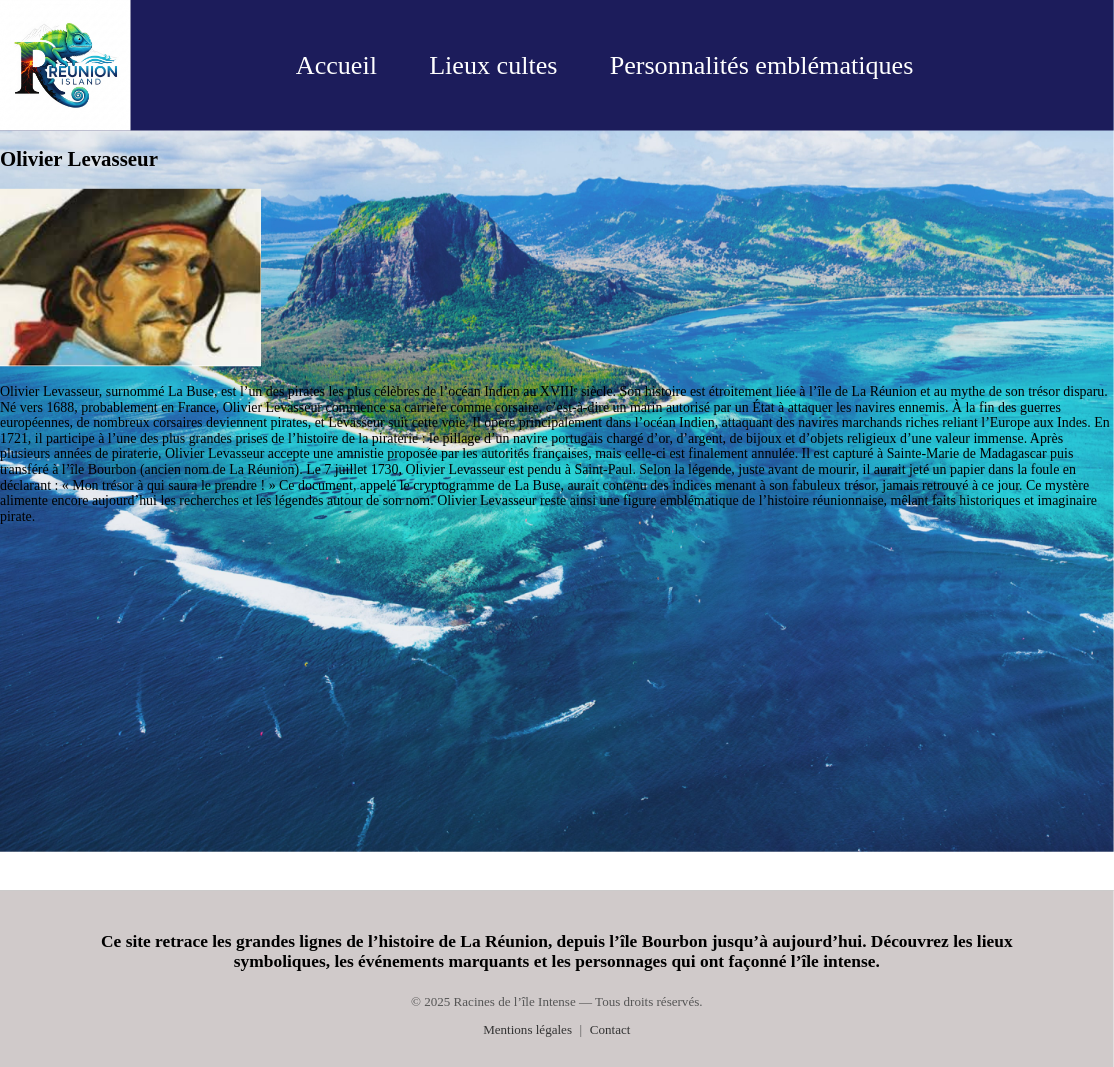
Repository: racinesintense974/Racines-de-lile-intense
Page: olivier-levasseur.html
The author's editor kept a copy of each file at every save. The page is drawn from the files as they stood at one save, then again after the next save.
The browser window is 1280 px wide. The pictures show the whole page, at 87% of full size.

Above is the page before, as saved 2026-02-19 16:39:11.

### olivier-levasseur.html
<!DOCTYPE html>
<html lang="fr">
<head>
    <meta charset="UTF-8">
    <title>Olivier Levasseur</title>
    <link rel="stylesheet" href="css/goat.css">
</head>
<body>

<body>
    <section class="top-page">
        <header class="header">
            <img src="image/logo22.png" alt="logo du site">
        <nav class="nav">
    <ul class="menu">
        <li><a href="index.html">Accueil</a></li>

        <li class="dropdown">
            <a href="#">Lieux cultes</a>
            <ul class="submenu">
                <li><a href="mafate.html">Mafate</a></li>
                <li><a href="cilaos.html">Cilaos</a></li>
                <li><a href="volcans.html">Les volcans</a></li>
            </ul>
        </li>

        <li class="dropdown">
        <a href="#">Personnalités emblématiques</a>
            <ul class="submenu">
                <li><a href="olivier-levasseur.html">Olivier Levasseur</a></li>
                <li><a href="Desbassayns.html">Madame Desbassayns</a></li>
                <li><a href="Garros.html">Rolland Garros</a></li>
            </ul>
        </li>

    </ul>
    </nav>
</header>

<main>
    <h1>Olivier Levasseur</h1>
    <img src="image/olivier levasuce.jpg" width="300">
    <p>
       Olivier Levasseur, surnommé La Buse, est l’un des pirates les plus célèbres de l’océan Indien au XVIIIᵉ siècle. Son histoire est étroitement liée à l’île de La Réunion et au mythe de son trésor disparu.

Né vers 1688, probablement en France, Olivier Levasseur commence sa carrière comme corsaire, c’est-à-dire un marin autorisé par un État à attaquer les navires ennemis. À la fin des guerres européennes, de nombreux corsaires deviennent pirates, et Levasseur suit cette voie.

Il opère principalement dans l’océan Indien, attaquant des navires marchands riches reliant l’Europe aux Indes. En 1721, il participe à l’une des plus grandes prises de l’histoire de la piraterie : le pillage d’un navire portugais chargé d’or, d’argent, de bijoux et d’objets religieux d’une valeur immense.

Après plusieurs années de piraterie, Olivier Levasseur accepte une amnistie proposée par les autorités françaises, mais celle-ci est finalement annulée. Il est capturé à Sainte-Marie de Madagascar puis transféré à l’île Bourbon (ancien nom de La Réunion).

Le 7 juillet 1730, Olivier Levasseur est pendu à Saint-Paul. Selon la légende, juste avant de mourir, il aurait jeté un papier dans la foule en déclarant :

« Mon trésor à qui saura le prendre ! »

Ce document, appelé le cryptogramme de La Buse, aurait contenu des indices menant à son fabuleux trésor, jamais retrouvé à ce jour. Ce mystère alimente encore aujourd’hui les recherches et les légendes autour de son nom.

Olivier Levasseur reste ainsi une figure emblématique de l’histoire réunionnaise, mêlant faits historiques et imaginaire pirate.
    </p>
</main>
<footer class="footer">
    <h1 class="big-title2">Ce site retrace les grandes lignes de l’histoire de La Réunion, depuis l’île Bourbon jusqu’à aujourd’hui. Découvrez les lieux symboliques, les événements marquants et les personnages qui ont façonné l’île intense.</h1>
  <p>&copy; 2025 Racines de l’île Intense — Tous droits réservés.</p>
  <p><a href="mentions-legales.html">Mentions légales</a> | <a href="contact.html">Contact</a></p>
</footer>

    </section>
</body>
</html>

### css/goat.css

*

body {
    margin: 0 auto;

}

header.header {
    display: flex;
    align-items: center;
    background-color: rgb(28, 28, 91);                    /* Entête */
    margin: 0;

}

header.header img {
    width: 150px;
}






section.top-page {
    background: url('../image/ocean\ fond\ olivier.jpg');
    background-size: cover;
    height: 136vh;
    padding: 0px;
}
/* page de bienvenue (landing page) */
.big-title {
    color: rgb(255, 255, 255);
    font-size: 27px;
    padding: 55px 360px;
    background-color: rgba(0, 0, 0, 0.323);
    margin-top: 0;



}
html, body {
  height: 100%;           /* Nécessaire pour que le conteneur remplisse l'écran */
  margin: 0;
  padding: 0;
}

.conteneur-central {
  display: flex;
  justify-content: center;      /* centre horizontalement */
  align-items: center;          /* centre verticalement */
  height: 70vh;                /* 100% de la hauteur de l'écran */
}

/* La galerie contient les images */
.galerie-images {
  display: flex;
  gap: 20px;
  flex-wrap: wrap;
  justify-content: center;
}

.galerie-images img {
  width: 390px;
  height: auto;
  border-radius: 50px;
  box-shadow: 0 4px 10px rgba(0, 0, 0, 0.1);
  transition: transform 0.3s ease;
}

.galerie-images img:hover {
  transform: scale(1.05);
}

.big-title2 {
    color: black;
    font-size: 20px;
    padding: 10px 50px;
}

.footer {
    width: 100%;
  background-color: #d0caca;
  padding: 20px;
  text-align: center;
  font-size: 15px;
  color: #555;
  border-top: 1px solid #ccc;
  margin-top: 420px;
   box-sizing: border-box;

}

.footer a {
  color: #333;
  text-decoration: none;
  margin: 0 5px;
}

.footer a:hover {
  text-decoration: underline;
}


/* menu de navigation */

nav.nav {
    display: flex;
    justify-content: space-between;
    list-style: none;
    width: 970px;
    margin-left: 180px;
font-size: 30px;
}


nav.nav li {
    color: white;
}



/* ===== MENU DEROULANT LIEUX-CULTES ===== */

nav.nav ul.menu {
    list-style: none;
    display: flex;
    gap: 40px;           /* espace entre les éléments */
    margin: 0;
    padding: 0;
}

nav.nav ul.menu > li {
    position: relative;
}

nav.nav ul.menu a {
    text-decoration: none;
    color: white;
    font-size: 30px;
    padding: 10px;
}

/* Sous-menu caché */
.submenu {
    list-style: none;
    padding: 0;
    margin: 0;
    position: absolute;
    background: rgb(12, 16, 70);
    border-radius: 5px;
    border: 1px solid black;
    display: none;
    min-width: 180px;
    z-index: 10;
}

/* Liens du sous-menu */
.submenu li a {
    color: black;
    padding: 10px;
    display: block;
    font-size: 20px;
}

/* Apparition au survol */
.dropdown:hover .submenu {
    display: block;
}

/* Effet hover */
.submenu li a:hover {
    background-color: #a01212;
}

After the next save:
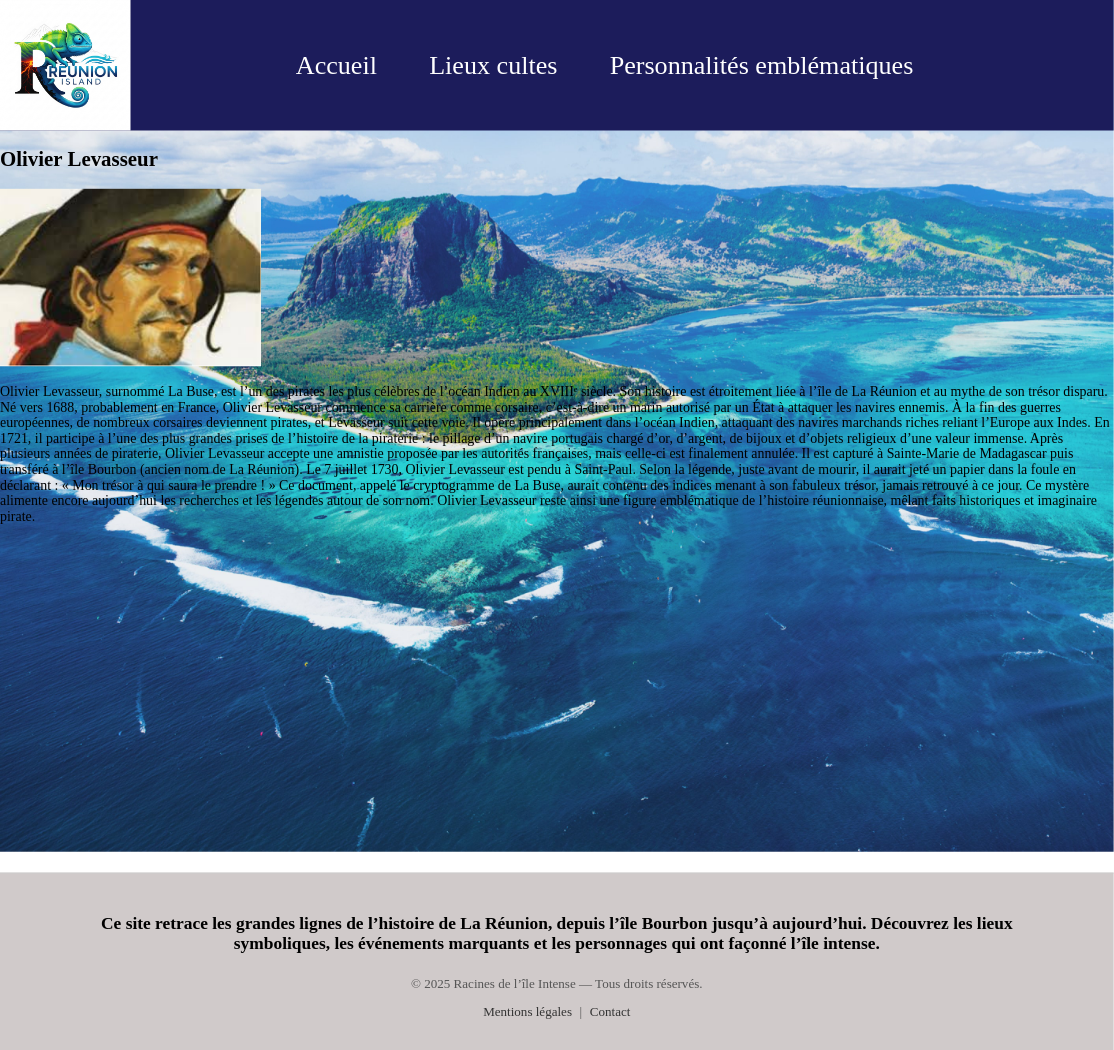
Saved 5 s later.
--- a/css/goat.css
+++ b/css/goat.css
@@ -87,7 +87,7 @@ html, body {
   font-size: 15px;
   color: #555;
   border-top: 1px solid #ccc;
-  margin-top: 420px;
+  margin-top: 400px;
    box-sizing: border-box;
 
 }
